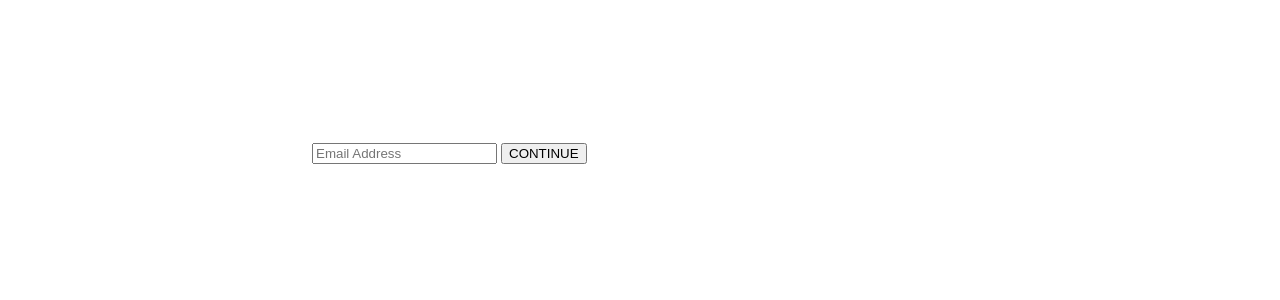
Repository: idan226688/WorkTrack
Page: kaveret.html
The author's editor kept a copy of each file at every save. The page is drawn from the files as they stood at one save, then again after the next save.
The browser window is 1280 px wide. The pictures show the whole page.

Above is the page before, as saved 2023-08-30 15:20:23.

### kaveret.html
<!DOCTYPE html>
<html lang="en">
<head>
    <meta charset="UTF-8">
    <meta name="viewport" content="width=device-width, initial-scale=1.0">
    <title>Kaveret</title>
</head>
<body>
    <div id="Login-container">
        <svg xmlns="http://www.w3.org/2000/svg" class="close">
        <path stroke-linecap="round" stroke-linejoin="round" d="M6 18L18 6M6 6l12 12"/> </svg>
        <input id="phone" placeholder="Email Address">
        <button type="button" id="continue">CONTINUE</button>
    </div>
</body>
</html>

After the next save:
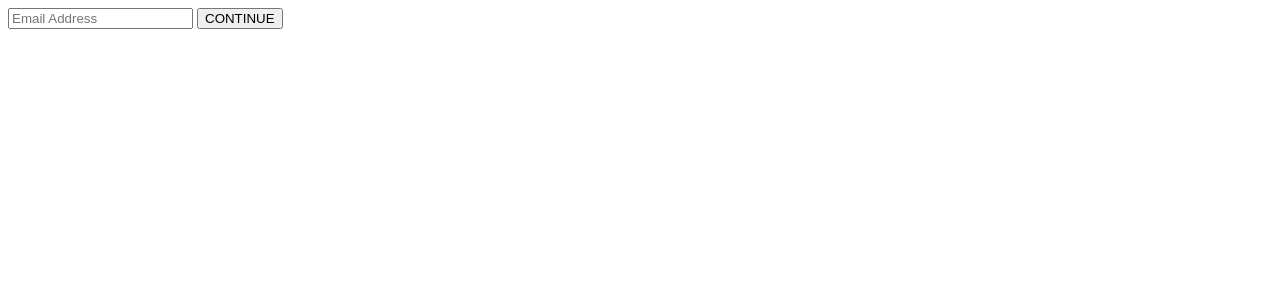
Saved 81 s later.
--- a/kaveret.html
+++ b/kaveret.html
@@ -7,8 +7,6 @@
 </head>
 <body>
     <div id="Login-container">
-        <svg xmlns="http://www.w3.org/2000/svg" class="close">
-        <path stroke-linecap="round" stroke-linejoin="round" d="M6 18L18 6M6 6l12 12"/> </svg>
         <input id="phone" placeholder="Email Address">
         <button type="button" id="continue">CONTINUE</button>
     </div>

After the save that followed:
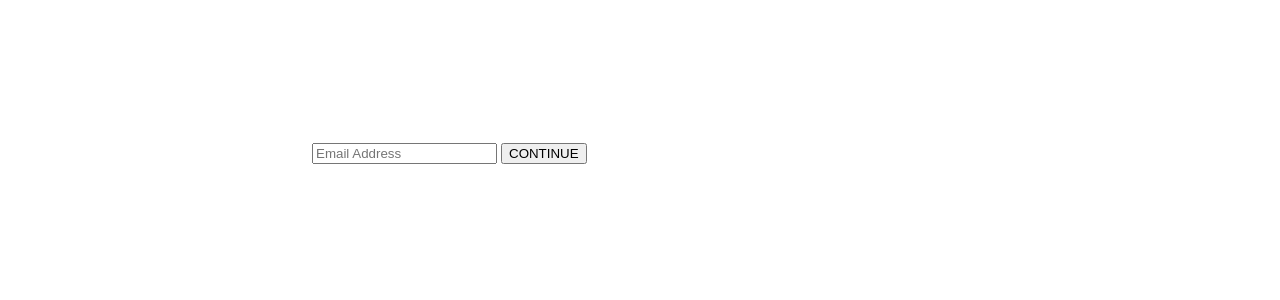
Saved 8 s later.
--- a/kaveret.html
+++ b/kaveret.html
@@ -7,6 +7,8 @@
 </head>
 <body>
     <div id="Login-container">
+        <svg xmlns="http://www.w3.org/2000/svg" class="close">
+        <path stroke-linecap="round" stroke-linejoin="round" d="M6 18L18 6M6 6l12 12"/> </svg>
         <input id="phone" placeholder="Email Address">
         <button type="button" id="continue">CONTINUE</button>
     </div>
